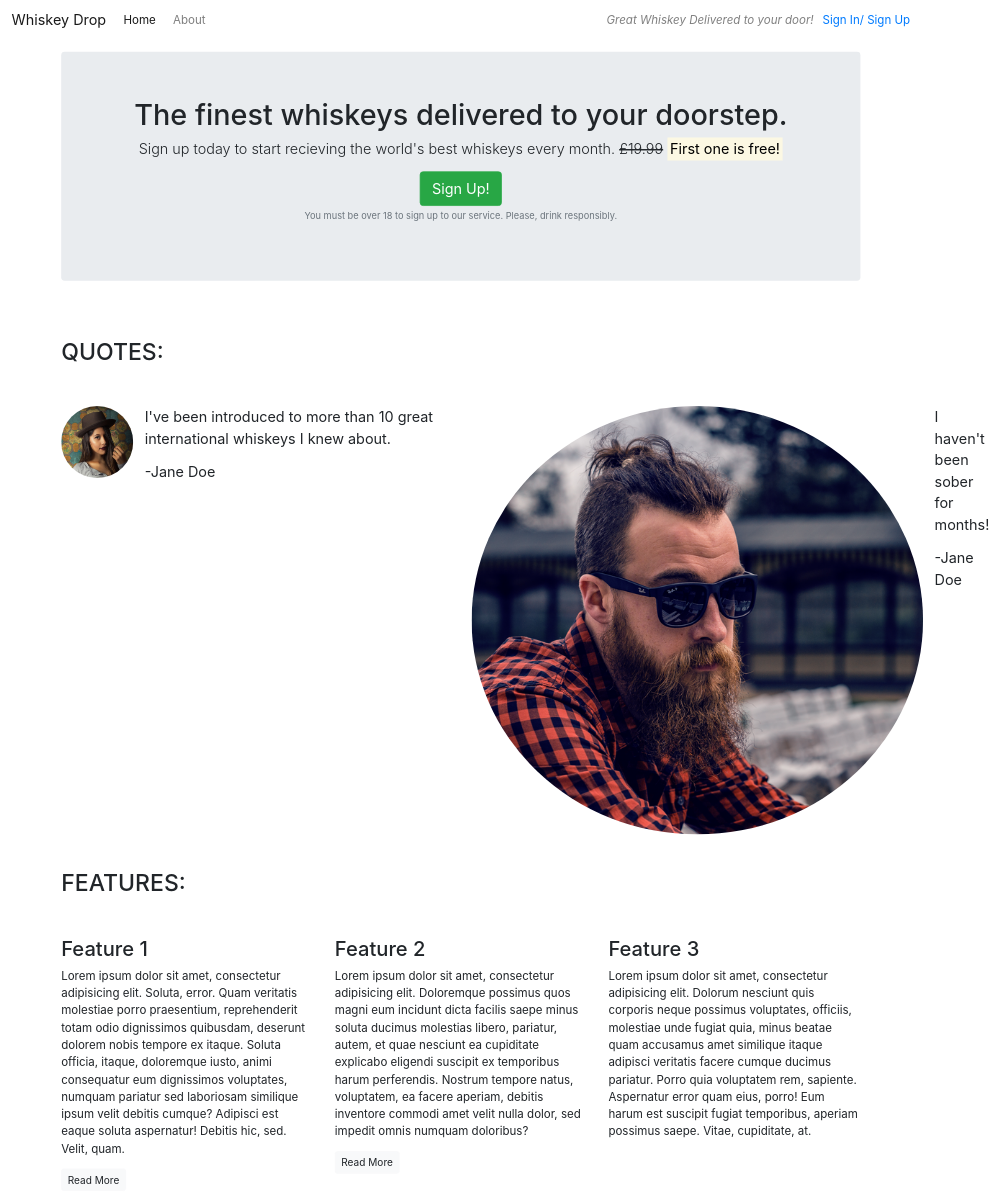
Repository: Leannald13/whiskey-project
Page: index.html
The author's editor kept a record of every edit. The page is drawn from the files as they stood at one moment, then again after the next edit.
The browser window is 1280 px wide. The page is 1374 px wide, then 1280 px, so the pictures cover 1374 px, including what lies to the right of the window. The pictures show the whole page, at 72% of full size.

Above is the page before.
Console error: TypeError: Cannot read properties of undefined (reading 'fn')

### index.html
<!DOCTYPE html>
<html lang="en">

<head>
    <meta charset="UTF-8">
    <meta name="viewport" content="width=device-width, initial-scale=1.0">
    <meta http-equiv="X-UA-Compatible" content="ie=edge">
    <link rel="stylesheet" href="https://stackpath.bootstrapcdn.com/bootstrap/4.1.3/css/bootstrap.min.css" integrity="sha384-MCw98/SFnGE8fJT3GXwEOngsV7Zt27NXFoaoApmYm81iuXoPkFOJwJ8ERdknLPMO" crossorigin="anonymous">
    <script src="https://stackpath.bootstrapcdn.com/bootstrap/4.1.3/js/bootstrap.min.js" integrity="sha384-ChfqqxuZUCnJSK3+MXmPNIyE6ZbWh2IMqE241rYiqJxyMiZ6OW/JmZQ5stwEULTy" crossorigin="anonymous"></script>
    <title>Whiskey Drop: Taste a new whiskey every month</title>
</head>

<body>
    <nav class="navbar navbar-light bg-navbar navbar-expand-sm">
        <a href="/" class="navbar-brand">Whiskey Drop</a>
        <ul class="navbar-nav mr-auto">
            <li class="active nav-item mr-2"><a class="nav-link" href="/">Home</a></li>
            <li class="nav-item mr-2"><a class="nav-link" href="/about">About</a></li>
            <li class="nav-item mr-2 d-block d-sm-none"><a class="nav-link" href="/login">Sign In/ Sign Up!</a></li>
        </ul>
        <div class="d-none d-md-block">
            <p class="navbar-text my-auto mr-2"><i>Great Whiskey Delivered to your door!</i></p>
            <a href="/login">Sign In/ Sign Up</a>
        </div>
    </nav>
    <article class="container mt-3">
        <div class="row">
            <div class="col-12">
                <section class="callout jumbotron text-center">
                    <h1>The finest whiskeys delivered to your doorstep.</h1>
                    <p class="lead">Sign up today to start recieving the world's best whiskeys every month.
                        <s class="d-none d-sm-inline">£19.99</s>
                        <span class="d-inline d-sm-none"><br></span>
                        <strong><mark>First one is free!</mark></strong></p>
                    <button class="btn btn-success btn-lg">Sign Up!</button>
                    <p class="text-muted"><small>You must be over 18 to sign up to our service. Please, drink responsibly.</small></p>
                </section>
            </div>
        </div>
        <section class="quotes">
            <div class="row">
                <div class="col-12 my-5">
                    <h2 class="text-uppercase">Quotes:</h2>
                </div>
            </div>
            <div class="row">
                <div class="col-12 col-md-6">
                    <div class="media">
                        <img src="images/girl-image.png" class="rounded-circle mr-3" height= 100 width=100">
                        <div class="media-body">
                            <blockquote class="blockquote">
                                <p>I've been introduced to more than 10 great international whiskeys I knew about.</p>
                                <p>-Jane Doe</p>
                            </blockquote>
                        </div>
                    </div>
                </div>
                <div class="col-12 col-md-6">
                    <div class="media">
                        <img src="images/guy-image.png" class="rounded-circle mr-3 height=100 width=100">
                        <div class="media-body">
                    <blockquote class="blockquote">
                        <p>I haven't been sober for months!</p>
                        <p>-Jane Doe</p>
                    </blockquote>
                    </div>
                    </div>
                </div>
            </div>
        </section>
        <section class="features">
            <div class="row">
                <div class="col-12 my-5">
                    <h2 class="text-uppercase">Features:</h2>
                </div>
            </div>
            <div class="row">
                <div class="col-12 col-md-6 col-lg-4">
                    <div class="feature">
                        <h3>Feature 1</h3>
                        <p>Lorem ipsum dolor sit amet, consectetur adipisicing elit. Soluta, error. Quam veritatis molestiae porro praesentium, reprehenderit totam odio dignissimos quibusdam, deserunt dolorem nobis tempore ex itaque. Soluta officia, itaque,
                            doloremque iusto, animi consequatur eum dignissimos voluptates, numquam pariatur sed laboriosam similique ipsum velit debitis cumque? Adipisci est eaque soluta aspernatur! Debitis hic, sed. Velit, quam.</p>
                        <p><a class="btn btn-sm btn-light" href="">Read More</a></p>
                    </div>
                </div>
                <div class="col-12 col-md-6 col-lg-4">
                    <div class="feature">
                        <h3>Feature 2</h3>
                        <p>Lorem ipsum dolor sit amet, consectetur adipisicing elit. Doloremque possimus quos magni eum incidunt dicta facilis saepe minus soluta ducimus molestias libero, pariatur, autem, et quae nesciunt ea cupiditate explicabo eligendi
                            suscipit ex temporibus harum perferendis. Nostrum tempore natus, voluptatem, ea facere aperiam, debitis inventore commodi amet velit nulla dolor, sed impedit omnis numquam doloribus?</p>
                        <p><a class="btn btn-sm btn-light" href="">Read More</a></p>
                    </div>
                </div>
                <div class="col-12 d-md-none d-lg-block col-lg-4">
                    <div class="feature">
                        <h3>Feature 3</h3>
                        <p>Lorem ipsum dolor sit amet, consectetur adipisicing elit. Dolorum nesciunt quis corporis neque possimus voluptates, officiis, molestiae unde fugiat quia, minus beatae quam accusamus amet similique itaque adipisci veritatis facere
                            cumque ducimus pariatur. Porro quia voluptatem rem, sapiente. Aspernatur error quam eius, porro! Eum harum est suscipit fugiat temporibus, aperiam possimus saepe. Vitae, cupiditate, at.</p>
                    </div>
                </div>
            </div>


        </section>
    </article>

</body>

</html>

After the next edit:
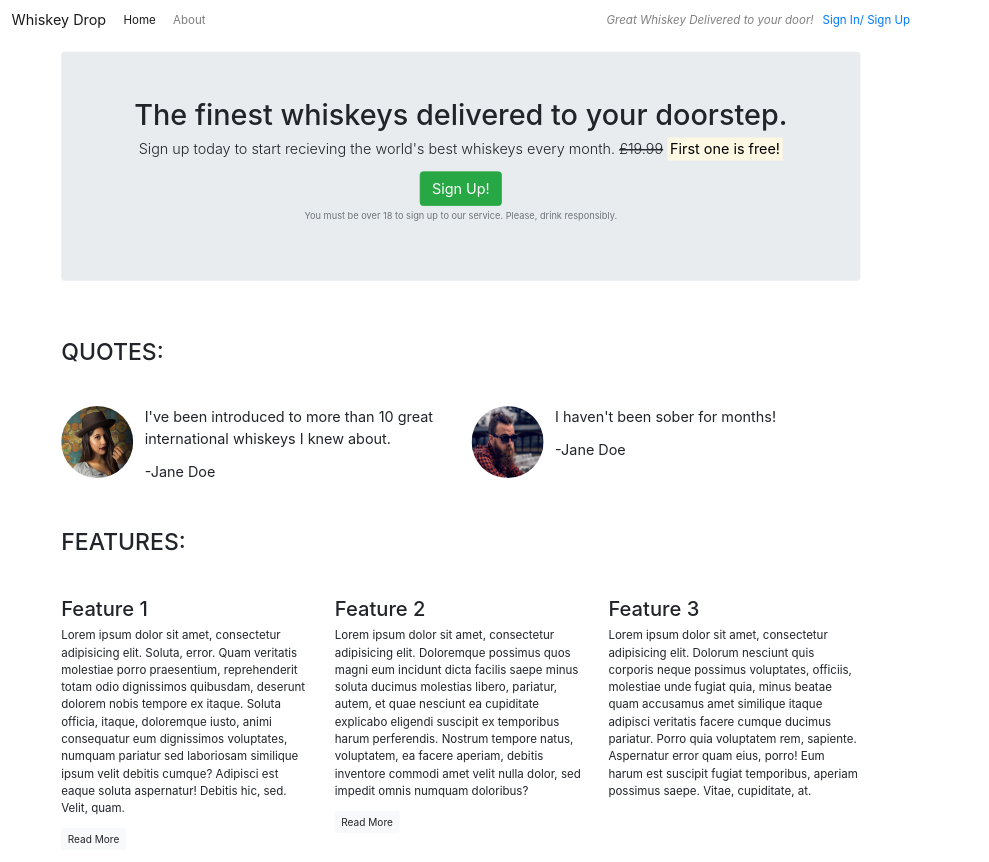
The edit:
--- a/index.html
+++ b/index.html
@@ -57,7 +57,7 @@
                 </div>
                 <div class="col-12 col-md-6">
                     <div class="media">
-                        <img src="images/guy-image.png" class="rounded-circle mr-3 height=100 width=100">
+                        <img src="images/guy-image.png" class="rounded-circle mr-3" height=100 width=100">
                         <div class="media-body">
                     <blockquote class="blockquote">
                         <p>I haven't been sober for months!</p>
